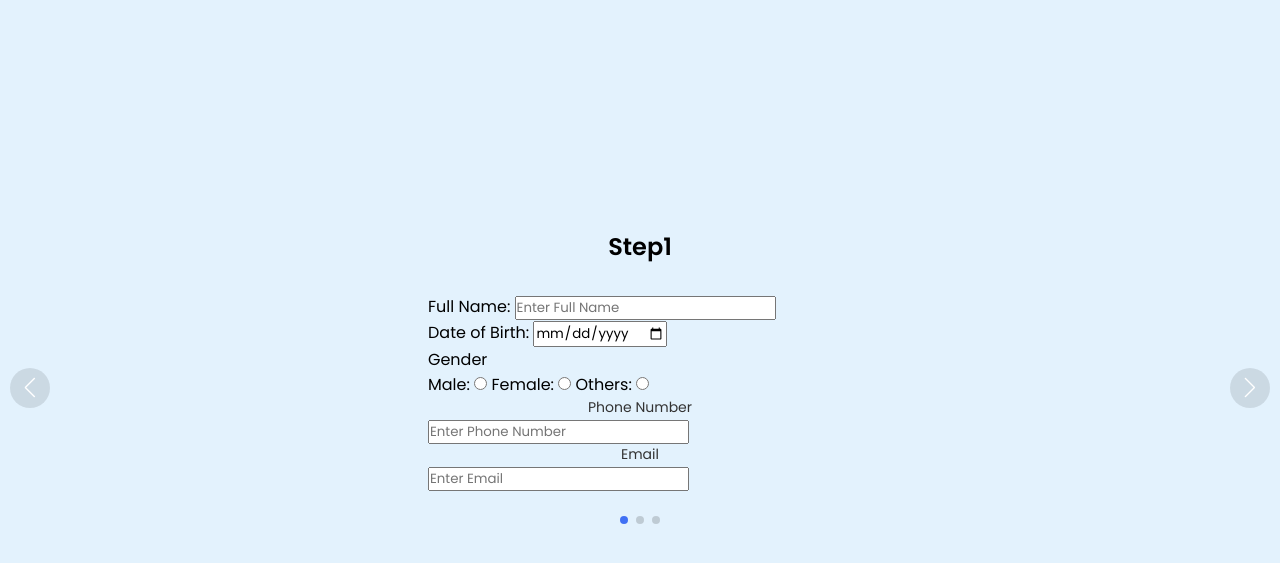
Repository: Habeebur1493/-22-multi-step-form
Page: index.html
These files come from the project's save history. The page is drawn as it stood at one moment and after the next save; the edit follows.
The browser window is 1280 px wide. The pictures show the whole page.

Above is the page before, as saved 2024-10-13 12:51:16.

### index.html
<!DOCTYPE html>
<html lang="en">
  <head>
    <meta charset="UTF-8" />
    <meta http-equiv="X-UA-Compatible" content="IE=edge" />
    <meta name="viewport" content="width=device-width, initial-scale=1.0" />
    <title>Responsive Testimonial Slider</title>

    <!-- Swiper CSS -->
    <link rel="stylesheet" href="css/swiper-bundle.min.css" />

    <!-- CSS -->
    <link rel="stylesheet" href="css/style.css" />

    <!-- Boxicons CSS -->
    <link
      href="https://unpkg.com/boxicons@2.1.2/css/boxicons.min.css"
      rel="stylesheet"
    />
  </head>
  <body>
    <section class="container">
      <div class="testimonial mySwiper">
        <div class="testi-content swiper-wrapper">
          <div class="slide swiper-slide">
            <h1>Step1</h1>
            <form action="">
              Full Name:
              <input type="text" placeholder="Enter Full Name" />
              <br>
              Date of Birth:
              <input type="date" placeholder="Date of Birth" />
              <br>
              Gender
              <br>
              Male:
              <input type="radio" name="Gender:" id="">
              Female:
              <input type="radio" name="Gender:" id="">
              Others:
              <input type="radio" name="Gender:" id="">
              <br>
              <p>Phone Number</p>
              <input type="number" placeholder="Enter Phone Number" />
              <br>
              <p>Email</p>
              <input type="email" placeholder="Enter Email" />

            </form>
          </div>
          <div class="slide swiper-slide">

            <p>
              Lorem ipsum dolor sit amet, consectetur adipisicing elit. Aperiam,
              saepe provident dolorem a quaerat quo error facere nihil deleniti
              eligendi ipsum adipisci, fugit, architecto amet asperiores
              doloremque deserunt eum nemo.
            </p>

            <i class="bx bxs-quote-alt-left quote-icon"></i>

            <div class="details">
              <span class="name">Marnie Lotter</span>
              <span class="job">Web Developer</span>
            </div>
          </div>
          <div class="slide swiper-slide">

            <p>
              Lorem ipsum dolor sit amet, consectetur adipisicing elit. Aperiam,
              saepe provident dolorem a quaerat quo error facere nihil deleniti
              eligendi ipsum adipisci, fugit, architecto amet asperiores
              doloremque deserunt eum nemo.
            </p>

            <i class="bx bxs-quote-alt-left quote-icon"></i>

            <div class="details">
              <span class="name">Marnie Lotter</span>
              <span class="job">Web Developer</span>
            </div>
          </div>
        </div>
        <div class="swiper-button-next nav-btn"></div>
        <div class="swiper-button-prev nav-btn"></div>
        <div class="swiper-pagination"></div>
      </div>
    </section>

    <!-- Swiper JS -->
    <script src="js/swiper-bundle.min.js"></script>

    <!-- JavaScript -->
    <script src="js/script.js"></script>
  </body>
</html>

### css/style.css
/* Google Fonts - Poppins */
@import url("https://fonts.googleapis.com/css2?family=Poppins:wght@300;400;500;600&display=swap");

* {
  margin: 0;
  padding: 0;
  box-sizing: border-box;
  font-family: "Poppins", sans-serif;
}
.container {
  height: 100vh;
  width: 100%;
  display: flex;
  align-items: center;
  justify-content: center;
  background-color: #e3f2fd;
}
.testimonial {
  position: relative;
  max-width: 1400px;
  width: 100%;
  padding: 50px 0;
  overflow: hidden;
}
.testimonial .image {
  height: 170px;
  width: 170px;
  object-fit: cover;
  border-radius: 50%;
}
.testimonial .slide {
  display: flex;
  align-items: center;
  justify-content: center;
  flex-direction: column;
  row-gap: 30px;
  height: 100%;
  width: 100%;
}
.slide p {
  text-align: center;
  padding: 0 160px;
  font-size: 14px;
  font-weight: 400;
  color: #333;
}
.slide .quote-icon {
  font-size: 30px;
  color: #4070f4;
}
.slide .details {
  display: flex;
  flex-direction: column;
  align-items: center;
}
.details .name {
  font-size: 14px;
  font-weight: 600;
  color: #333;
}
.details .job {
  font-size: 12px;
  font-weight: 400;
  color: #333;
}
/* swiper button css */
.nav-btn {
  height: 40px;
  width: 40px;
  border-radius: 50%;
  transform: translateY(30px);
  background-color: rgba(0, 0, 0, 0.1);
  transition: 0.2s;
}
.nav-btn:hover {
  background-color: rgba(0, 0, 0, 0.2);
}
.nav-btn::after,
.nav-btn::before {
  font-size: 20px;
  color: #fff;
}
.swiper-pagination-bullet {
  background-color: rgba(0, 0, 0, 0.8);
}
.swiper-pagination-bullet-active {
  background-color: #4070f4;
}
@media screen and (max-width: 768px) {
  .slide p {
    padding: 0 20px;
  }
  .nav-btn {
    display: none;
  }
}

### js/script.js
var swiper = new Swiper(".mySwiper", {
  slidesPerView: 1,
  grabCursor: true,
  loop: true,
  pagination: {
    el: ".swiper-pagination",
    clickable: true,
  },
  navigation: {
    nextEl: ".swiper-button-next",
    prevEl: ".swiper-button-prev",
  },
});

Loaded but not shown: css/swiper-bundle.min.css (library); js/swiper-bundle.min.js (library)

After the next save:
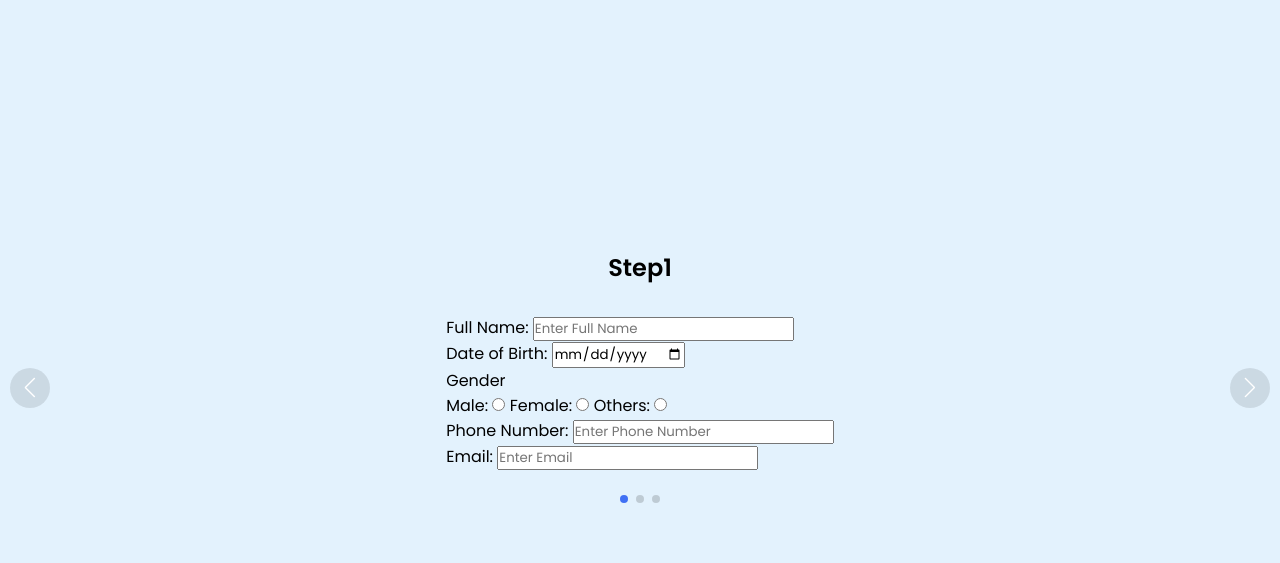
Saved 21 s later.
--- a/index.html
+++ b/index.html
@@ -40,10 +40,10 @@
               Others:
               <input type="radio" name="Gender:" id="">
               <br>
-              <p>Phone Number</p>
+              Phone Number:
               <input type="number" placeholder="Enter Phone Number" />
               <br>
-              <p>Email</p>
+              Email:
               <input type="email" placeholder="Enter Email" />
 
             </form>
